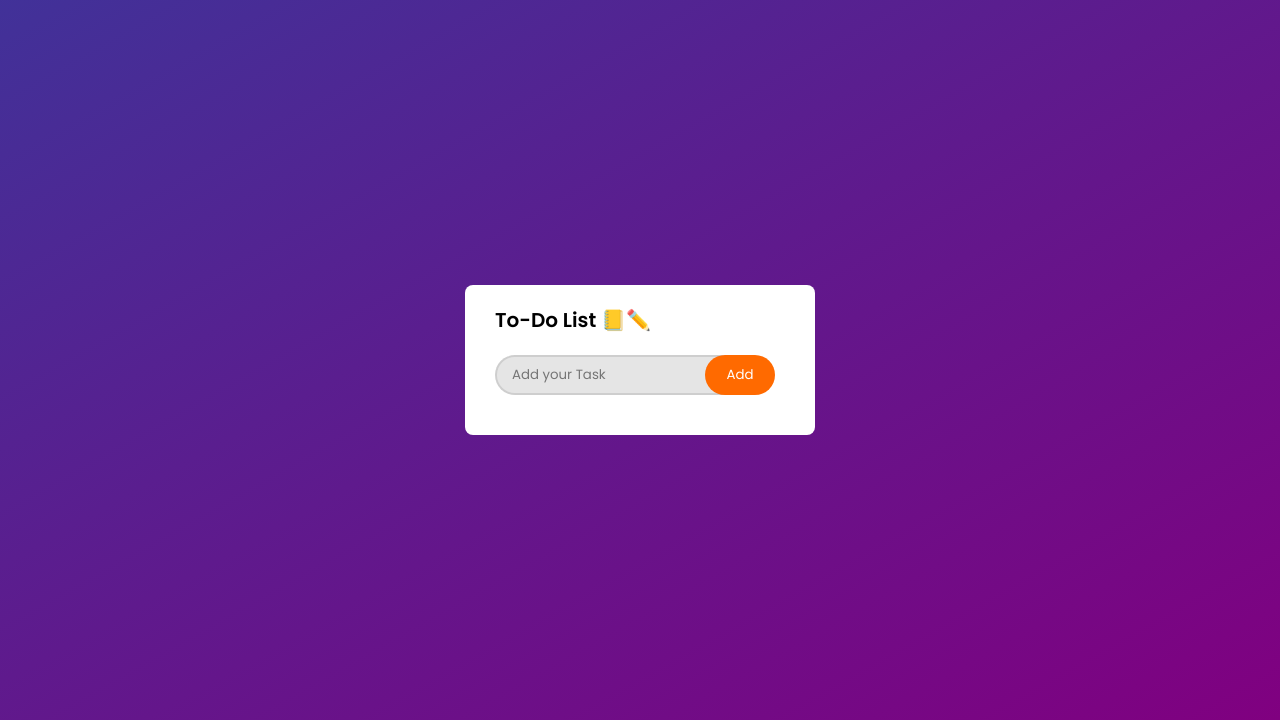
Repository: Ankitkr2021/To-Do-List
Page: index.html
These files come from the project's save history. The page is drawn as it stood at one moment and after the next save; the edit follows.
The browser window is 1280 px wide. The pictures show the whole page.

Above is the page before, as saved 2025-10-03 10:14:39.

After the next save:
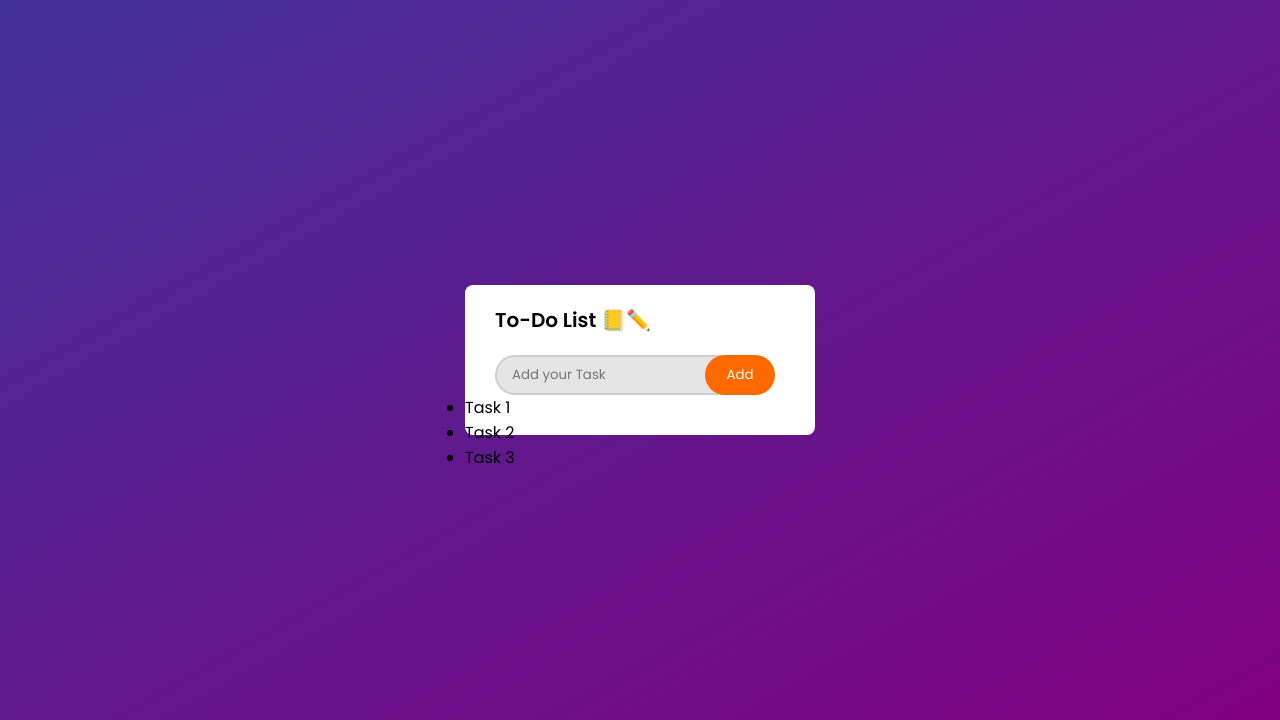
Saved 65 s later.
--- a/index.html
+++ b/index.html
@@ -13,7 +13,11 @@
         <input id="add" type="text" placeholder="Add your Task">
         <button type="submit">Add</button>
         </div>
-
+        <ul>
+            <li>Task 1</li>
+            <li>Task 2</li>
+            <li>Task 3</li>
+        </ul>
     </div>
 </body>
 </html>
